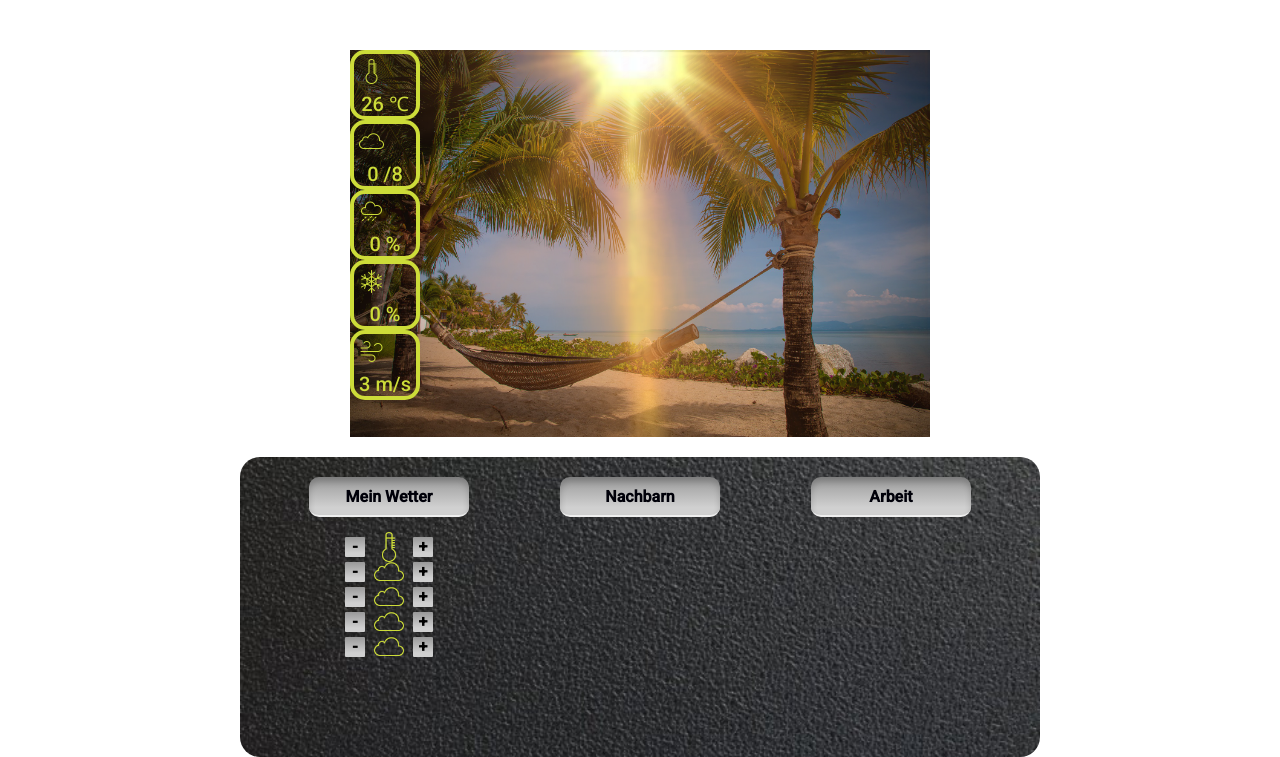
Repository: NadiaSchmitz/wetter.githab.io
Page: index.html
The author's editor kept a record of every edit. The page is drawn from the files as they stood at one moment, then again after the next edit.
The browser window is 1280 px wide. The pictures show the whole page.

Above is the page before.
Not found: styles/background1.css
Not found: styles/background2.css
Not found: styles/background3.css

### index.html
<!DOCTYPE html>
<html>

<head>
  <meta charset="utf-8" />
  <title>Das Wetter</title>
  <link rel="stylesheet" href="./styles/reset.css" type="text/css" />
  <link rel="stylesheet" href="./styles/style.css" type="text/css" />
  <link rel="stylesheet" href="./styles/icons.css" type="text/css" />
  <link rel="stylesheet" href="./styles/textur.css" type="text/css" />
  <link rel="stylesheet" href="./styles/background1.css" type="text/css" />
  <link rel="stylesheet" href="./styles/background2.css" type="text/css" />
  <link rel="stylesheet" href="./styles/background3.css" type="text/css" />
  <meta name="viewport" content="width=device-width, initial-scale=1.0">
  <link rel="preconnect" href="https://fonts.googleapis.com">
  <link rel="preconnect" href="https://fonts.gstatic.com" crossorigin>
  <link href="https://fonts.googleapis.com/css2?family=Roboto:wght@500&display=swap" rel="stylesheet">
  <link rel="shortcut icon" href="images/favicon.png" type="image/x-icon">
  <script src="https://ajax.googleapis.com/ajax/libs/jquery/2.2.0/jquery.min.js"></script>

</head>

<body>
  <section class="wrapper">
    <section class="inner_wrapper">
      <div class="weather">
        <div class="layout"></div>
        <div class="status_wrapper">
          <div class="status status_temperature">
            <div class="status_value status_temperature_value">
              <span>26</span>
              <span class="celsius">&#8451;</span>
            </div>
          </div>
          <div class="status status_clouds">
            <div class="status_value status_clouds_value">
              <span>0</span>
              <span>/8</span>
            </div>
          </div>
          <div class="status status_rain">
            <div class="status_value status_rain_value">
              <span>0</span>
              <span>%</span>
            </div>
          </div>
          <div class="status status_snow">
            <div class="status_value status_snow_value">
              <span>0</span>
              <span>%</span>
            </div>
          </div>
          <div class="status status_wind">
            <div class="status_value status_wind_value">
              <span>3</span>
              <span>m/s</span>
            </div>
          </div>
        </div>
      </div>
      <div class="control">
        <div class="control_keyboard">
          <div class="control_keyboard_section">
            <div class="weather_button_wrapper">
              <span id="myWeather" class="weather_button">Mein Wetter</span>
            </div>
            <div class="control_keyboard_content">
              <div class="control_keyboard_content_item">
                <span class="control_button temperatur_minus">-</span>
                <span class="control_weather temperatur_value"></span>
                <span class="control_button temperatur_plus">+</span>
              </div>
              <div class="control_keyboard_content_item">
                <span class="control_button clouds_minus">-</span>
                <span class="control_weather clouds_value"></span>
                <span class="control_button clouds_plus">+</span>
              </div>
              <div class="control_keyboard_content_item">
                <span class="control_button clouds_minus">-</span>
                <span class="control_weather clouds_value"></span>
                <span class="control_button clouds_plus">+</span>
              </div>
              <div class="control_keyboard_content_item">
                <span class="control_button clouds_minus">-</span>
                <span class="control_weather clouds_value"></span>
                <span class="control_button clouds_plus">+</span>
              </div>
              <div class="control_keyboard_content_item">
                <span class="control_button clouds_minus">-</span>
                <span class="control_weather clouds_value"></span>
                <span class="control_button clouds_plus">+</span>
              </div>
            </div>
          </div>
          <div class="control_keyboard_section">
            <div class="weather_button_wrapper">
              <span id="nachbarnWeather" class="weather_button">Nachbarn</span>
            </div>
          </div>
          <div class="control_keyboard_section">
            <div class="weather_button_wrapper">
              <span id="arbeitWeather" class="weather_button">Arbeit</span>
            </div>
          </div>
        </div>
      </div>
    </section>
  </section>
  <script type="text/javascript" src="./js/weather.js"></script>
  <script type="text/javascript" src="./js/general.js"></script>
</body>

</html>

### styles/reset.css
html, body, div, span, applet, object, iframe,
h1, h2, h3, h4, h5, h6, p, blockquote, pre,
a, abbr, acronym, address, big, cite, code,
del, dfn, em, img, ins, kbd, q, s, samp,
small, strike, strong, sub, sup, tt, var,
b, u, i, center,
dl, dt, dd, ol, ul, li,
fieldset, form, label, legend,
table, caption, tbody, tfoot, thead, tr, th, td,
article, aside, canvas, details, embed,
figure, figcaption, footer, header, hgroup,
menu, nav, output, ruby, section, summary,
time, mark, audio, video {
	margin: 0;
	padding: 0;
	box-sizing: border-box;
	border: 0;
	font-size: 100%;
	font: inherit;
	vertical-align: baseline;
}
/* HTML5 display-role reset for older browsers */
article, aside, details, figcaption, figure,
footer, header, hgroup, menu, nav, section {
	display: block;
}
body {
	line-height: 1;
}
ol, ul {
	list-style: none;
}
blockquote, q {
	quotes: none;
}
blockquote:before, blockquote:after,
q:before, q:after {
	content: '';
	content: none;
}
table {
	border-collapse: collapse;
	border-spacing: 0;
}

### styles/style.css
.inner_wrapper {
  font-family: 'Roboto', sans-serif;
}

.weather {
  position: relative;
  width: 800px;
  height: 533px;
  background-image: url(../images/palm.jpg);
  background-size: cover;
  background-repeat: no-repeat;
  background-position: 50%;
  margin: 50px auto 20px;
}

.layout {
  position: absolute;
  top: 0;
  bottom: 0;
  left: 0;
  right: 0;
  background-image: url(../images/sunshine.png);
  background-size: cover;
  background-position: 40% 0;
}

.status {
  position: relative;
  width: 70px;
  height: 70px;
  border-radius: 15px;
  border-width: 3px;
  border: 4px solid #cddc39;
  background-size: 25px;
  background-position: 5px 5px;
  background-repeat: no-repeat;
}

.status_value {
  font-size: 20px;
  line-height: 40px;
  text-align: center;
  color: #cddc39;
  margin: 30px 0 0 0;
}

.control {

}

.control_keyboard {
  width: 800px;
  height: 300px;
  background-color: #3a3939;
  background-size: cover;
  border-radius: 20px;
  text-align: center;
  margin: 0 auto;
  padding: 20px;
}

.control_keyboard_section {
  display: inline-block;
  vertical-align: top;
  width: 32.5%;
  padding: 0 10px 0 10px;
}

.weather_button_wrapper {
  margin: 0 0 20px 0;
}

.weather_button {
  width: 160px;
  height: 40px;
  border-bottom: 2px solid #eee;
  box-shadow: inset rgba(0,0,0,0.2) 0px 5px 6px;
  display: block;
  font-size: 16px;
  line-height: 40px;
  color: #000009;
  font-weight: 700;
  text-align: center;
  text-decoration: none;
  background-image: -webkit-linear-gradient(top, #999, #d0d0d0 80%);
  background-image: -moz-linear-gradient(top, #999, #d0d0d0 80%);
  background-image: -ms-linear-gradient(top, #999, #d0d0d0 80%);
  background-image: -o-linear-gradient(top, #999, #d0d0d0 80%);
  background-image: linear-gradient(top, #999, #d0d0d0 80%);
  -moz-border-radius: 10px;
  -webkit-border-radius: 10px;
  border-radius: 10px;
  -webkit-transition: all .1s ease-in;
  -moz-transition: all .1s ease-in;
  -ms-transition: all .1s ease-in;
  -o-transition: all .1s ease-in;
  transition: all .1s ease-in;
  cursor: pointer;
  margin: 0 auto;
}

.weather_button:hover {
  -webkit-box-shadow: rgba(0,0,0,.4) 0 3px 8px;
  -moz-box-shadow: rgba(0,0,0,.4) 0 3px 8px;
  box-shadow: rgba(0,0,0,.4) 0 3px 8px;
}

.weather_button:active {
  color: #777;
  border-bottom: 1px solid #fff;
  -webkit-box-shadow: inset rgba(0,0,0,.5) 0px 5px 10px;
  -moz-box-shadow: inset rgba(0,0,0,.5) 0px 5px 10px;
  box-shadow: inset rgba(0,0,0,.5) 0px 5px 10px;
}

.control_button {
  display: inline-block;
  vertical-align: top;
  width: 20px;
  height: 20px;
  font-size: 16px;
  line-height: 20px;
  font-weight: 700;
  text-align: center;
  background-image: -webkit-linear-gradient(top, #999, #d0d0d0 80%);
  background-image: -moz-linear-gradient(top, #999, #d0d0d0 80%);
  background-image: -ms-linear-gradient(top, #999, #d0d0d0 80%);
  background-image: -o-linear-gradient(top, #999, #d0d0d0 80%);
  background-image: linear-gradient(top, #999, #d0d0d0 80%);
  -moz-border-radius: 1px;
  -webkit-border-radius: 1px;
  border-radius: 1px;
  -webkit-transition: all .1s ease-in;
  -moz-transition: all .1s ease-in;
  -ms-transition: all .1s ease-in;
  -o-transition: all .1s ease-in;
  transition: all .1s ease-in;
}

.control_weather {
  display: inline-block;
  vertical-align: top;
  width: 15px;
  height: 15px;
}

.control_weather {
  display: inline-block;
  vertical-align: top;
  width: 30px;
  height: 30px;
  background-position: 50%;
  background-size: cover;
  margin: -5px 5px 0 5px;
}

### js/weather.js
var weatherArray = [];
weatherArray = [
  {
    weatherOwner: "myWeather",
    temperaturUnderLimit: 25,
    temperaturStandart: 26,
    temperaturUpperLimit: 27,
    cloudsUnderLimit: 0,
    cloudsStandart: 0,
    cloudsUpperLimit: 1,
    rainUnderLimit: 0,
    rainStandart: 0,
    rainUpperLimit: 5,
    snowUnderLimit: 0,
    snowStandart: 0,
    snowUpperLimit: 0,
    windUnderLimit: 3,
    windStandart: 3,
    windUpperLimit: 5,
    mainLayout: "",
    layout1: "",
    layout2: ""
  },

  {
    weatherOwner: "nachbarnWeather",
    temperaturUnderLimit: 3,
    temperaturStandart: 5,
    temperaturUpperLimit: 8,
    cloudsUnderLimit: 7,
    cloudsStandart: 8,
    cloudsUpperLimit: 9,
    rainUnderLimit: 80,
    rainStandart: 90,
    rainUpperLimit: 100,
    snowUnderLimit: 0,
    snowStandart: 0,
    snowUpperLimit: 0,
    windUnderLimit: 20,
    windStandart: 30,
    windUpperLimit: 40,
    mainLayout: "",
    layout1: "",
    layout2: ""
  },

  {
    weatherOwner: "arbeitWeather",
    temperaturUnderLimit: -10,
    temperaturStandart: -20,
    temperaturUpperLimit: -30,
    cloudsUnderLimit: 3,
    cloudsStandart: 4,
    cloudsUpperLimit: 5,
    rainUnderLimit: 0,
    rainStandart: 0,
    rainUpperLimit: 100,
    snowUnderLimit: 0,
    snowStandart: 0,
    snowUpperLimit: 0,
    windUnderLimit: 20,
    windStandart: 30,
    windUpperLimit: 40,
    mainLayout: "",
    layout1: "",
    layout2: ""
  },
]

### js/general.js
$(document).ready(function() {
    var widthScreen = $(window).width() - 700;
    var heightScreen = widthScreen / 1.5;

    var screenRatio = widthScreen / heightScreen;

    console.log(widthScreen);
    console.log(heightScreen);
    console.log(screenRatio);

    $(".weather").css("width", widthScreen);
    $(".weather").css("height", heightScreen);
})

Loaded but not shown: styles/icons.css (library); styles/textur.css (library)

After the next edit:
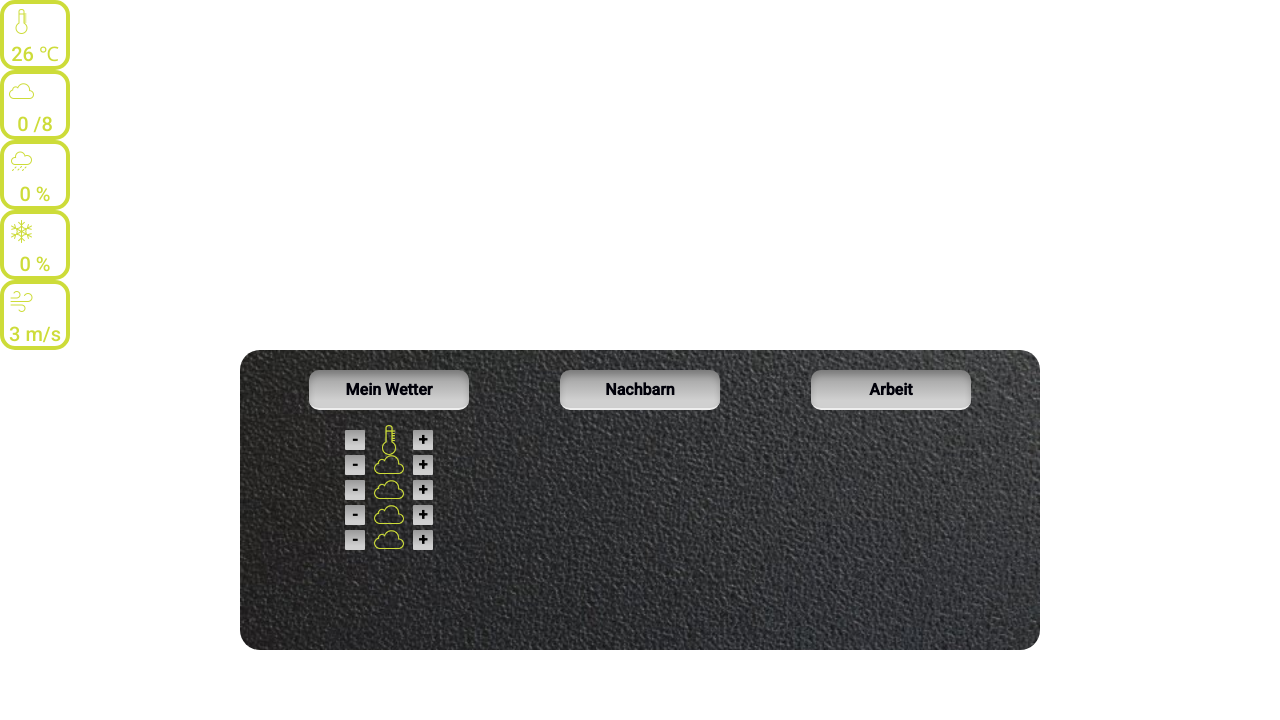
The edit:
--- a/index.html
+++ b/index.html
@@ -23,8 +23,8 @@
 <body>
   <section class="wrapper">
     <section class="inner_wrapper">
-      <div class="weather">
-        <div class="layout"></div>
+      <div id="weather" class="main_layout_my_weather">
+        <div id="layout_1" class="layout1_my_weather"></div>
         <div class="status_wrapper">
           <div class="status status_temperature">
             <div class="status_value status_temperature_value">
